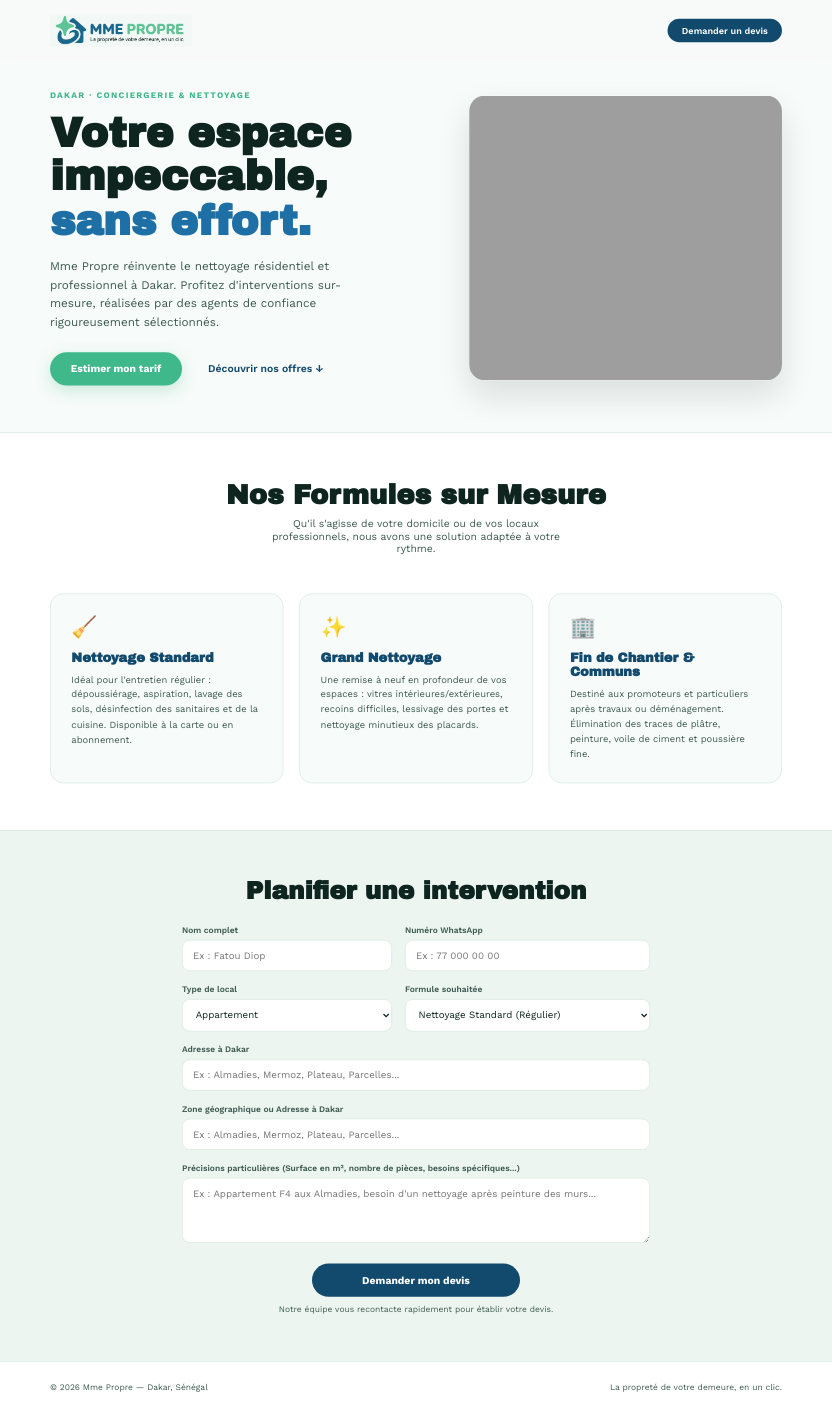
Repository: AntaaaKD/Mme-Propre
Page: Particulier.html
These files come from the project's save history. The page is drawn as it stood at one moment and after the next save; the edit follows.
The browser window is 1280 px wide. The pictures show the whole page, at 65% of full size.
Pictures or frames that could not be fetched are drawn as grey boxes.

Above is the page before, as saved 2026-07-20 18:02:23.

After the next save:
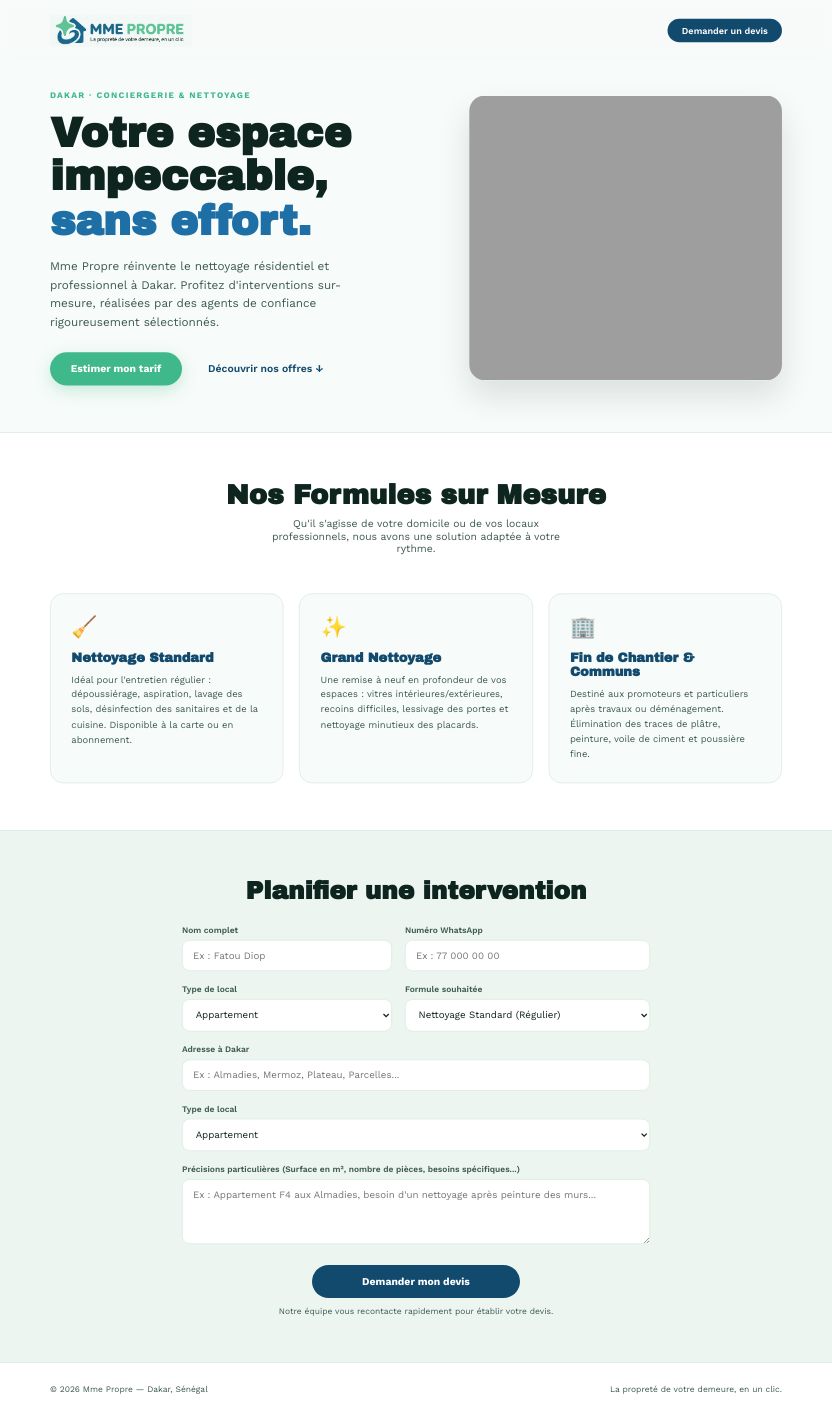
Saved 37 s later.
--- a/Particulier.html
+++ b/Particulier.html
@@ -231,8 +231,15 @@
       </div>
 
       <div class="field full">
-        <label for="c-adresse">Zone géographique ou Adresse à Dakar</label>
-        <input id="c-adresse" type="text" placeholder="Ex : Almadies, Mermoz, Plateau, Parcelles...">
+        <label for="c-type">Type de local</label>
+        <select id="c-type">
+          <option value="Appartement">Appartement</option>
+          <option value="Villa">Résidence / Immeuble</option>
+          <option value="Villa">Villa / Maison</option>
+          <option value="Villa">Airbnb</option>
+          <option value="Bureaux / Locaux pro">Bureaux / Locaux professionnels</option>
+          <option value="Autre">Autre</option>
+        </select>
       </div>
 
       <div class="field full">
